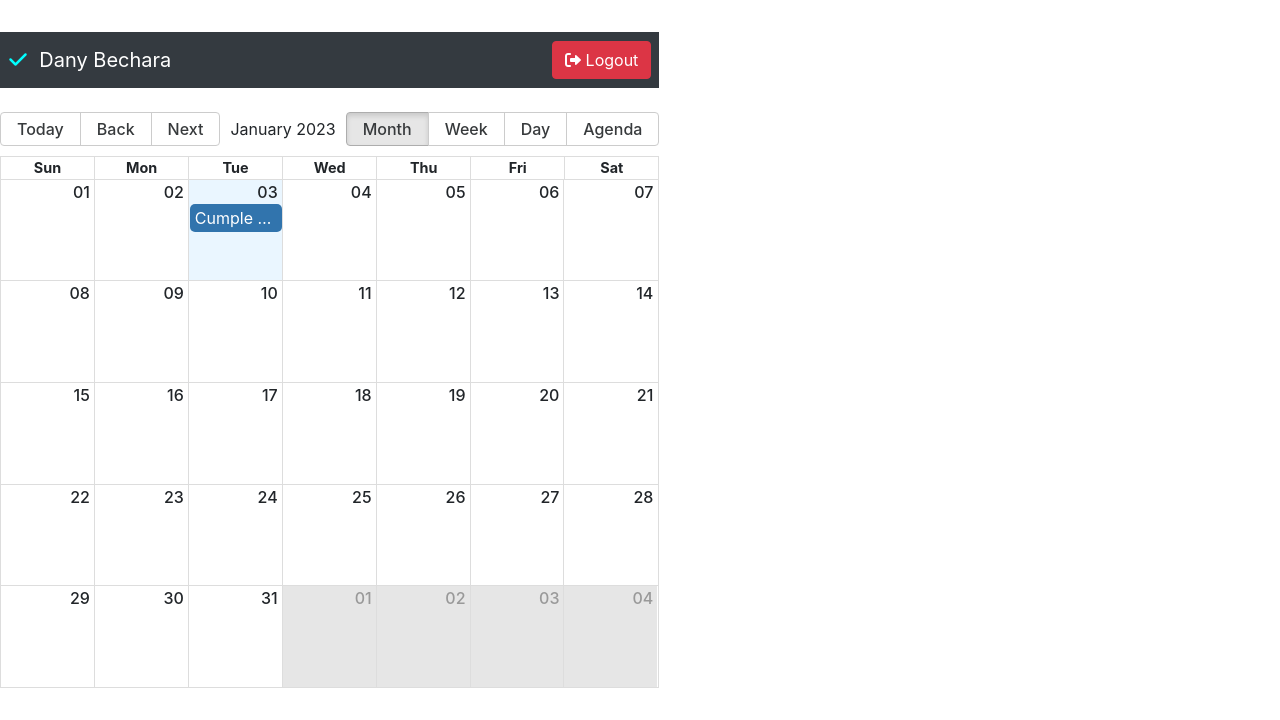
Repository: bechara611/calendar-frontend
Page: /
An editor plug-in stored every save of this project. The page is shown before and after the next save, followed by the edit.
The browser window is 1280 px wide. The pictures show the whole page.
The project was rebuilt for these pictures with package versions that can differ from the ones it lists, and the page was loaded fresh each time. Also part of the build but not shown: vite.config.js. Imported but missing from the stored project, and not drawn on this page: src/auth.

Above is the page before, as saved 2023-01-04 14:46:57.

After the next save:
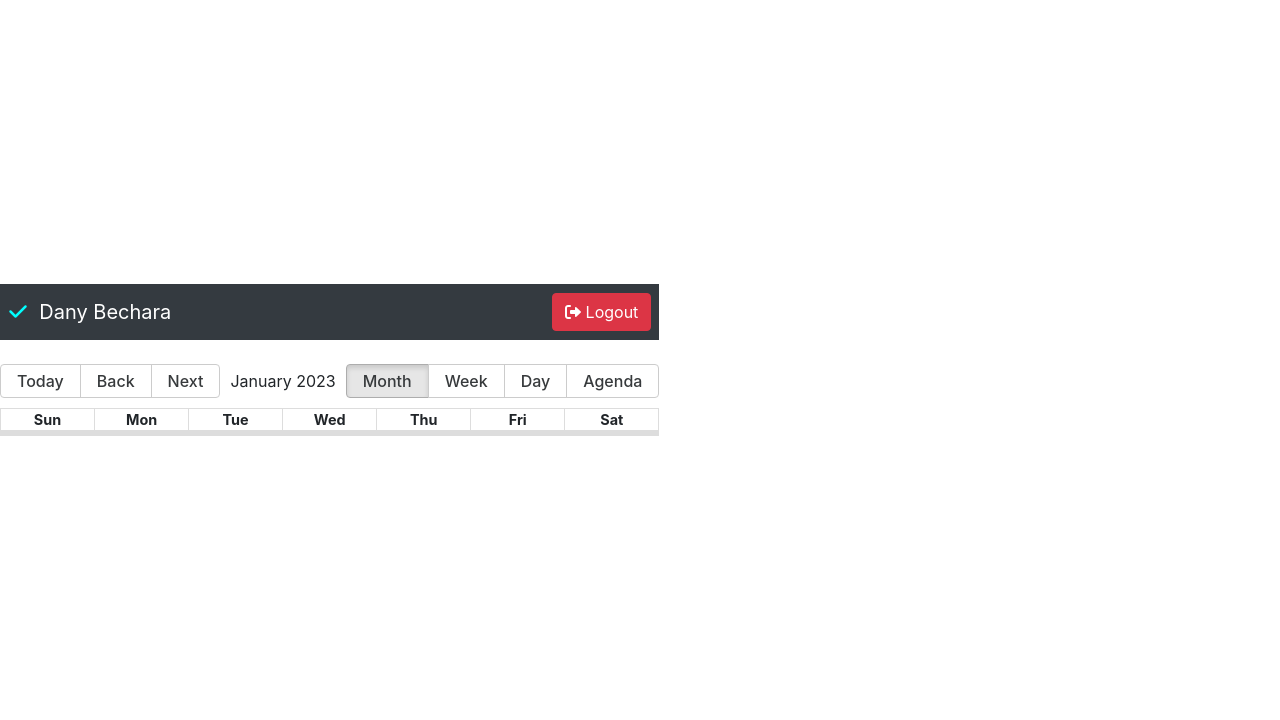
Saved 27 s later.
--- a/src/calendar/pages/CalendarPages.jsx
+++ b/src/calendar/pages/CalendarPages.jsx
@@ -37,7 +37,7 @@ export const CalendarPages = () => {
     events={events}
     startAccessor="start"
     endAccessor="end"
-    style={{ height: '80vh'}}
+    style={{ height: 'calc(100vh-80px)'}}
   />
     </>
 
